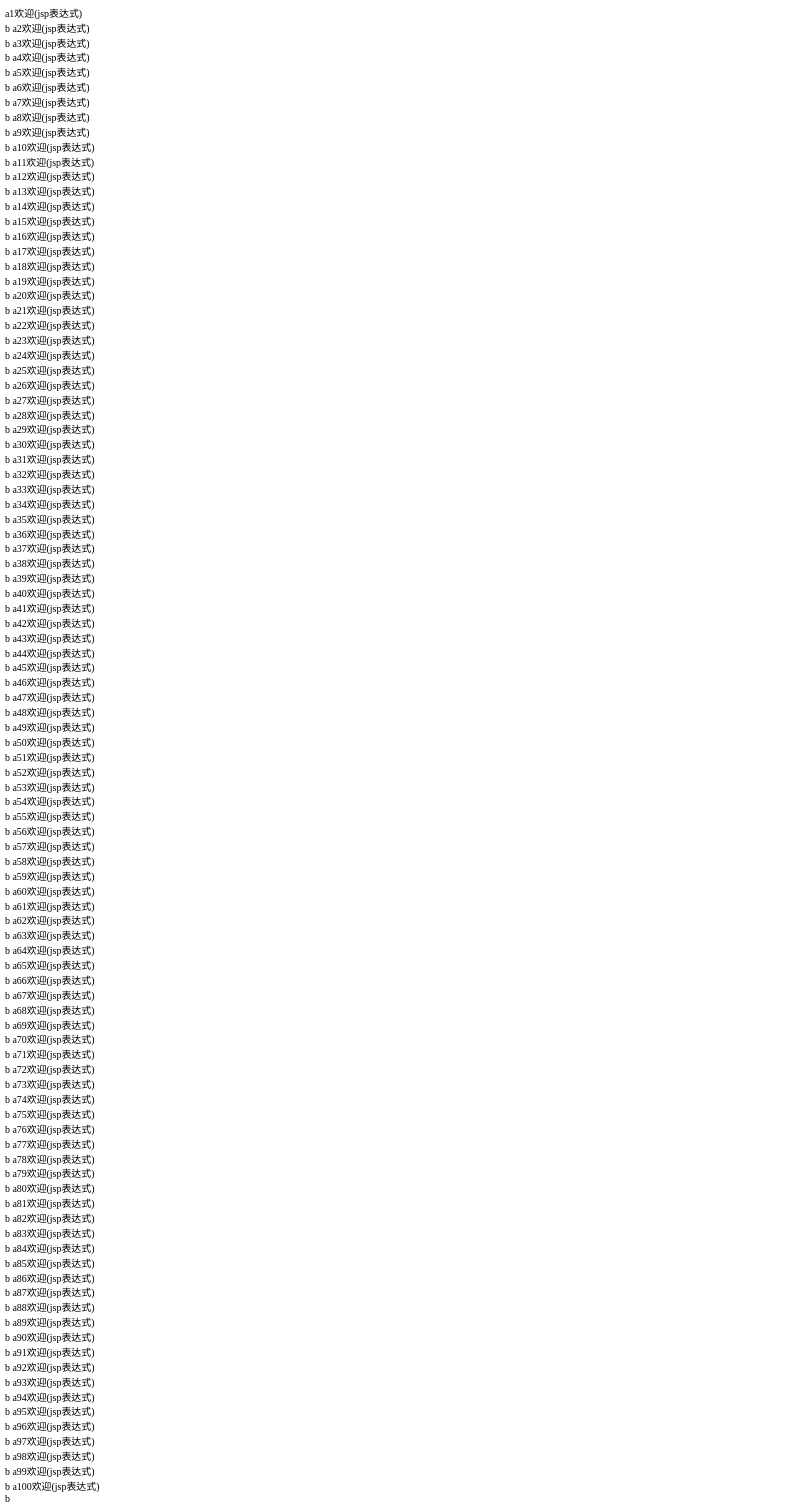
Repository: Matty-GCU/MyEclipse
Page: http://localhost/Java_Web_Learning/chapter04_JSP/homework/4.99hw2.jsp
The author's editor kept a copy of each file at every save. The page is drawn from the files as they stood at one save, then again after the next save.
The browser window is 1280 px wide. The pictures show the whole page, at 62% of full size.
The page is served by Tomcat 9.

Above is the page before, as saved 2021-10-03 07:49:31.

### Java_Web_Learning/WebRoot/chapter04_JSP/homework/4.99hw2.jsp
<%@ page language="java" contentType="text/html; charset=UTF-8"
    pageEncoding="UTF-8"%>
<!DOCTYPE html PUBLIC "-//W3C//DTD HTML 4.01 Transitional//EN" "http://www.w3.org/TR/html4/loose.dtd">
<html>
	<head>
		<meta http-equiv="Content-Type" content="text/html; charset=UTF-8">
		<title>Insert title here</title>
	</head>
	<body>
		<%
			for(int i = 1; i <= 100; i++) {
		%>
			a<%=i + "欢迎(jsp表达式)<br>"%>b
		<%
			}
		%>
	</body>
</html>

After the next save:
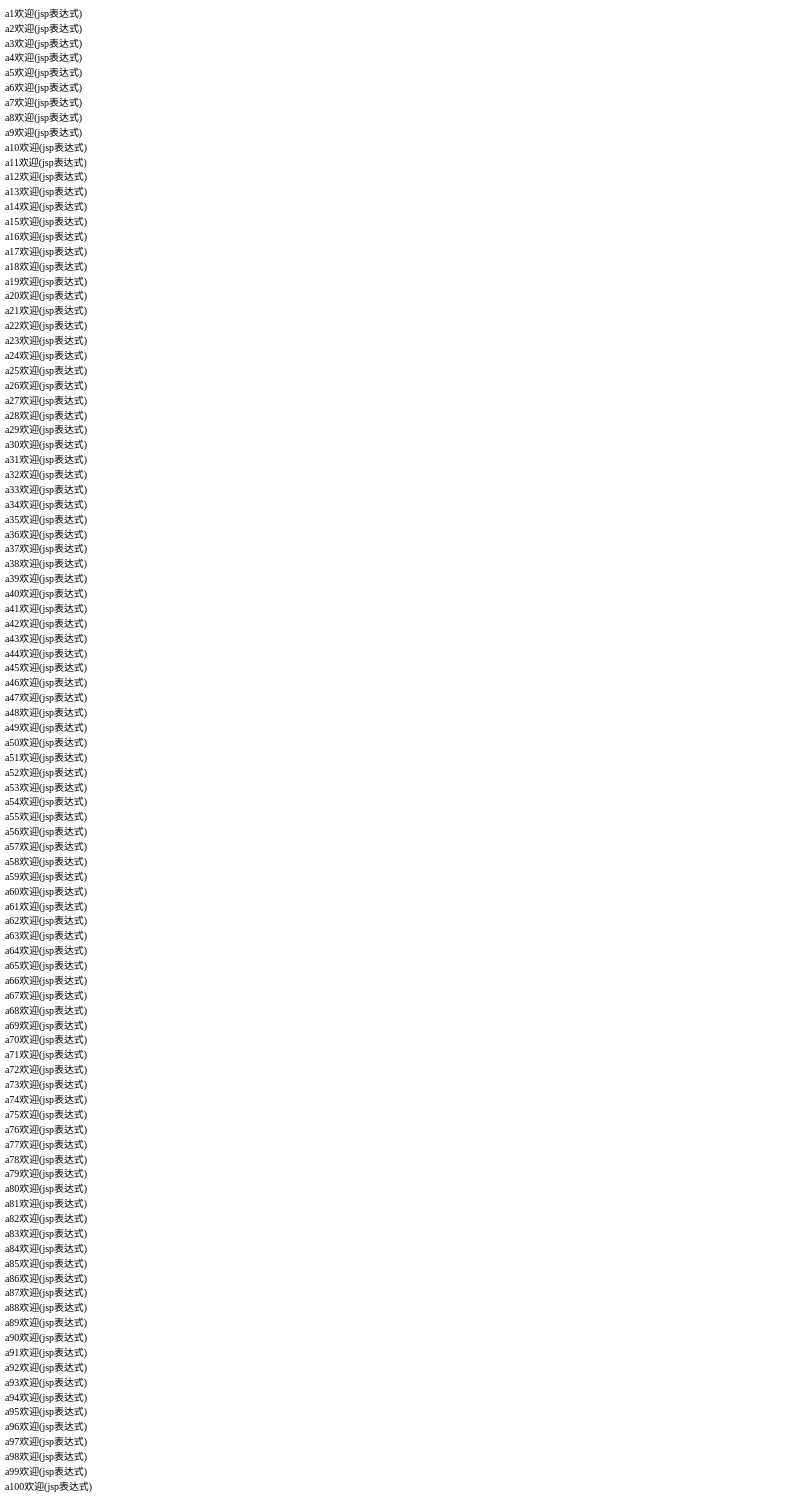
Saved 86 s later.
--- a/Java_Web_Learning/WebRoot/chapter04_JSP/homework/4.99hw2.jsp
+++ b/Java_Web_Learning/WebRoot/chapter04_JSP/homework/4.99hw2.jsp
@@ -10,7 +10,7 @@
 		<%
 			for(int i = 1; i <= 100; i++) {
 		%>
-			a<%=i + "欢迎(jsp表达式)<br>"%>b
+			a<%=i + "欢迎(jsp表达式)<br>"%>
 		<%
 			}
 		%>
